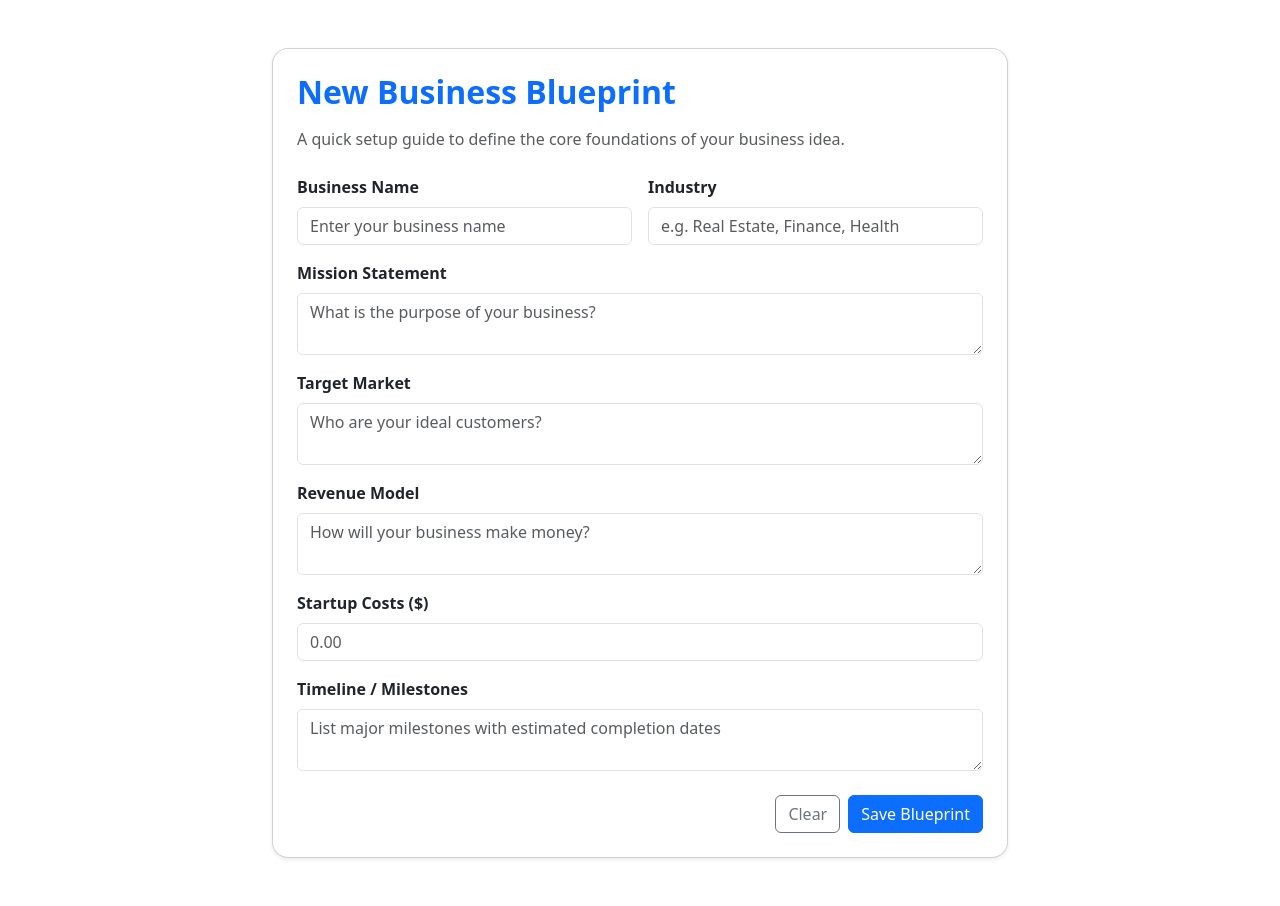
Repository: tonym642/bizcore360-wp
Page: pages/new-business-blueprint.html
An editor plug-in stored every save of this project. The page is shown before and after the next save, followed by the edit.
The browser window is 1280 px wide. The pictures show the whole page.

Above is the page before, as saved 2025-10-22 15:04:03.

After the next save:
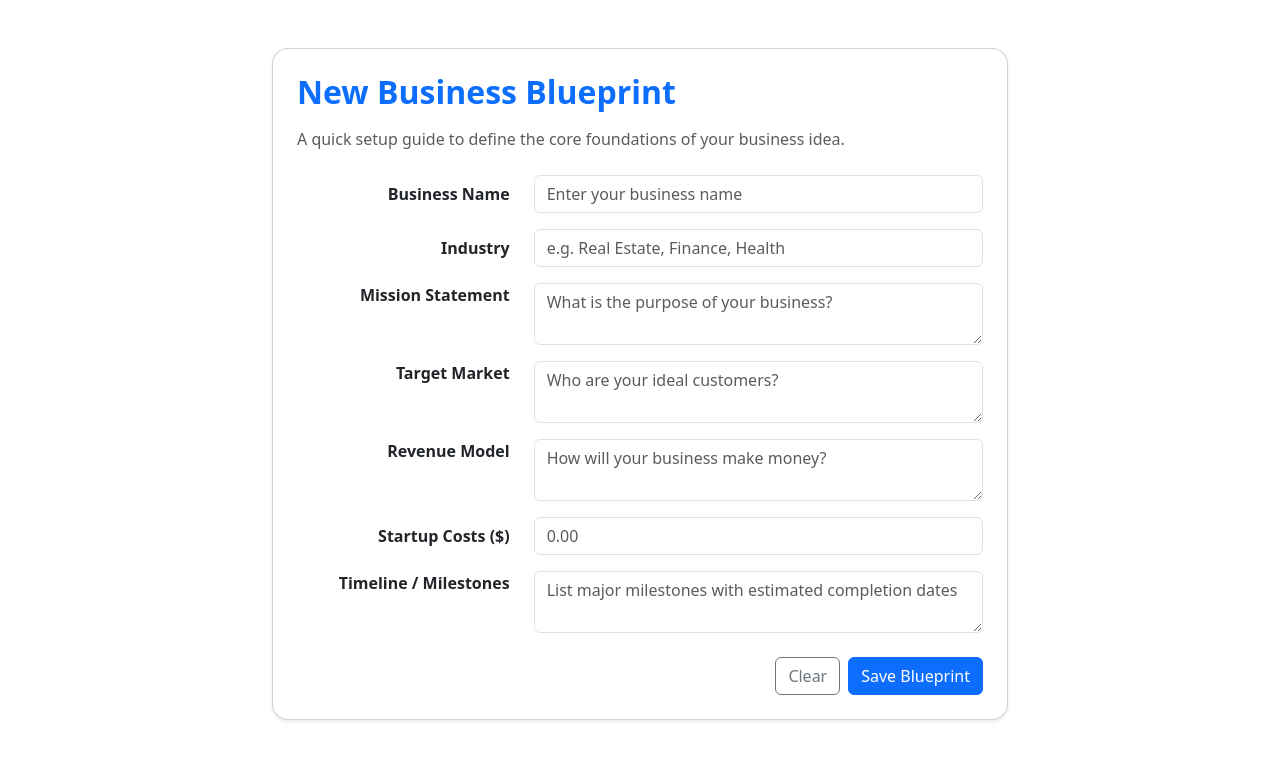
Saved 118 s later.
--- a/pages/new-business-blueprint.html
+++ b/pages/new-business-blueprint.html
@@ -16,34 +16,60 @@
           <h2 class="mb-3 fw-bold text-primary">New Business Blueprint</h2>
           <p class="text-muted mb-4">A quick setup guide to define the core foundations of your business idea.</p>
           <form id="businessBlueprintForm" class="needs-validation" novalidate>
-            <div class="row g-3">
-              <div class="col-md-6">
-                <label class="form-label fw-semibold">Business Name</label>
-                <input type="text" class="form-control" id="blueprintName" placeholder="Enter your business name" required />
+            <div class="row mb-3 flex-row align-items-center">
+              <div class="col-5 col-md-4 d-flex align-items-center justify-content-md-end justify-content-start">
+                <label for="blueprintName" class="form-label fw-semibold w-100 text-md-end text-start mb-0">Business Name</label>
               </div>
-              <div class="col-md-6">
-                <label class="form-label fw-semibold">Industry</label>
-                <input type="text" class="form-control" id="blueprintIndustry" placeholder="e.g. Real Estate, Finance, Health" />
+              <div class="col-7 col-md-8">
+                <input type="text" class="form-control text-start" id="blueprintName" placeholder="Enter your business name" required />
               </div>
-              <div class="col-md-12">
-                <label class="form-label fw-semibold">Mission Statement</label>
-                <textarea class="form-control" id="blueprintMission" rows="2" placeholder="What is the purpose of your business?"></textarea>
+            </div>
+            <div class="row mb-3 flex-row align-items-center">
+              <div class="col-5 col-md-4 d-flex align-items-center justify-content-md-end justify-content-start">
+                <label for="blueprintIndustry" class="form-label fw-semibold w-100 text-md-end text-start mb-0">Industry</label>
               </div>
-              <div class="col-md-12">
-                <label class="form-label fw-semibold">Target Market</label>
-                <textarea class="form-control" id="blueprintMarket" rows="2" placeholder="Who are your ideal customers?"></textarea>
+              <div class="col-7 col-md-8">
+                <input type="text" class="form-control text-start" id="blueprintIndustry" placeholder="e.g. Real Estate, Finance, Health" />
               </div>
-              <div class="col-md-12">
-                <label class="form-label fw-semibold">Revenue Model</label>
-                <textarea class="form-control" id="blueprintRevenue" rows="2" placeholder="How will your business make money?"></textarea>
+            </div>
+            <div class="row mb-3 flex-row align-items-start">
+              <div class="col-5 col-md-4 d-flex align-self-start justify-content-md-end justify-content-start">
+                <label for="blueprintMission" class="form-label fw-semibold w-100 text-md-end text-start mb-0">Mission Statement</label>
               </div>
-              <div class="col-md-12">
-                <label class="form-label fw-semibold">Startup Costs ($)</label>
-                <input type="number" class="form-control" id="blueprintCost" placeholder="0.00" step="0.01" />
+              <div class="col-7 col-md-8">
+                <textarea class="form-control text-start" id="blueprintMission" rows="2" placeholder="What is the purpose of your business?"></textarea>
               </div>
-              <div class="col-md-12">
-                <label class="form-label fw-semibold">Timeline / Milestones</label>
-                <textarea class="form-control" id="blueprintTimeline" rows="2" placeholder="List major milestones with estimated completion dates"></textarea>
+            </div>
+            <div class="row mb-3 flex-row align-items-start">
+              <div class="col-5 col-md-4 d-flex align-self-start justify-content-md-end justify-content-start">
+                <label for="blueprintMarket" class="form-label fw-semibold w-100 text-md-end text-start mb-0">Target Market</label>
+              </div>
+              <div class="col-7 col-md-8">
+                <textarea class="form-control text-start" id="blueprintMarket" rows="2" placeholder="Who are your ideal customers?"></textarea>
+              </div>
+            </div>
+            <div class="row mb-3 flex-row align-items-start">
+              <div class="col-5 col-md-4 d-flex align-self-start justify-content-md-end justify-content-start">
+                <label for="blueprintRevenue" class="form-label fw-semibold w-100 text-md-end text-start mb-0">Revenue Model</label>
+              </div>
+              <div class="col-7 col-md-8">
+                <textarea class="form-control text-start" id="blueprintRevenue" rows="2" placeholder="How will your business make money?"></textarea>
+              </div>
+            </div>
+            <div class="row mb-3 flex-row align-items-center">
+              <div class="col-5 col-md-4 d-flex align-items-center justify-content-md-end justify-content-start">
+                <label for="blueprintCost" class="form-label fw-semibold w-100 text-md-end text-start mb-0">Startup Costs ($)</label>
+              </div>
+              <div class="col-7 col-md-8">
+                <input type="number" class="form-control text-start" id="blueprintCost" placeholder="0.00" step="0.01" />
+              </div>
+            </div>
+            <div class="row mb-3 flex-row align-items-start">
+              <div class="col-5 col-md-4 d-flex align-self-start justify-content-md-end justify-content-start">
+                <label for="blueprintTimeline" class="form-label fw-semibold w-100 text-md-end text-start mb-0">Timeline / Milestones</label>
+              </div>
+              <div class="col-7 col-md-8">
+                <textarea class="form-control text-start" id="blueprintTimeline" rows="2" placeholder="List major milestones with estimated completion dates"></textarea>
               </div>
             </div>
             <div class="mt-4 d-flex justify-content-end">
@@ -61,3 +87,5 @@
   <script src="https://cdn.jsdelivr.net/npm/bootstrap@5.3.2/dist/js/bootstrap.bundle.min.js"></script>
 </body>
 </html>
+
+<!-- forced-sync: 2025-10-21 17:41:54 -->
